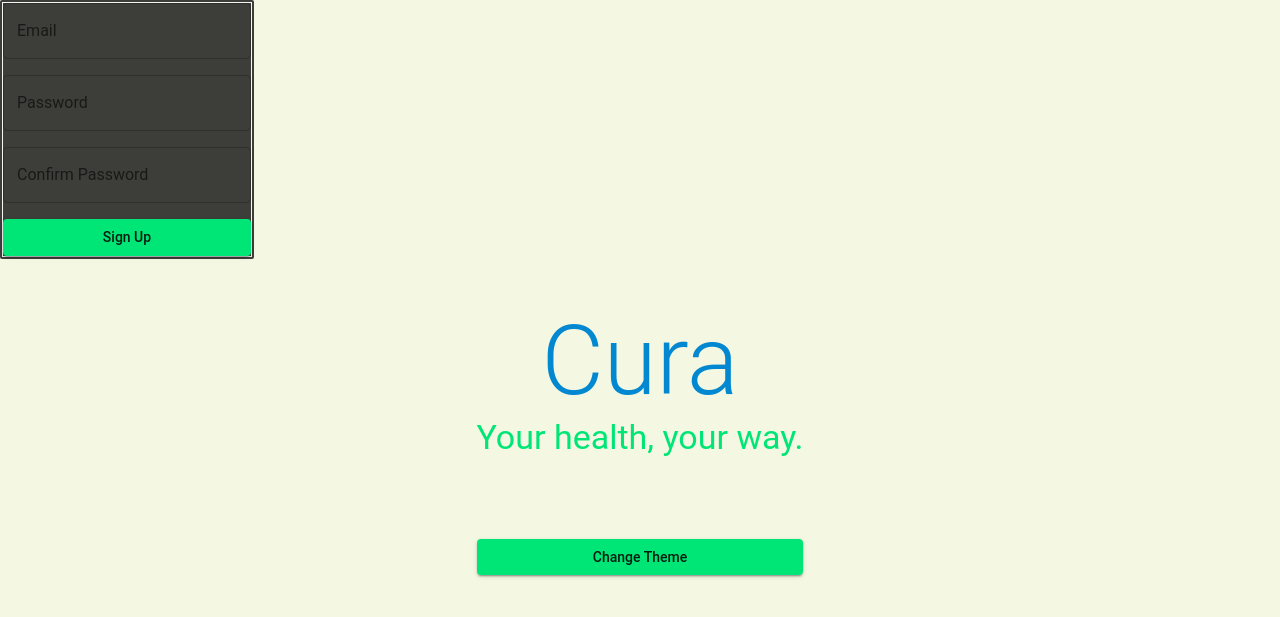
Repository: CryptoFamilyNFT/Cura
Page: / (app in cura/)
These files come from the project's save history. The page is drawn as it stood at one moment and after the next save; the edit follows.
The browser window is 1280 px wide. The pictures show the whole page.
Pictures or frames that could not be fetched are drawn as grey boxes. The project was rebuilt for these pictures with package versions that can differ from the ones it lists, and the page was loaded fresh each time. Also part of the build but not shown: cura/vite.config.js.

Above is the page before, as saved 2025-03-04 16:29:11.

### cura/src/main.jsx
import React from 'react'
import { createRoot } from 'react-dom/client'
import './index.css'
import App from './App.jsx'
import CuraThemeProvider from './theme/ThemeProvider.jsx';
import UserProvider from './helper/UserProvider.jsx';

const root = createRoot(document.getElementById('root'));

root.render(
  <UserProvider>
    <App />
  </UserProvider>
)

### cura/src/App.jsx
import { Hero } from './components/Hero/Hero';
import React, { useState } from 'react';
import CuraThemeProvider from './theme/ThemeProvider';
import { createAppTheme } from './theme/theme';
import { Box, Container } from '@mui/material';
import { SignUp } from './components/SignUp/SignUp';

function App() {
  const [currentTheme, setTheme] = useState(createAppTheme('light'));

  const handleThemeChange = () => {
    setTheme((prevTheme) =>
      createAppTheme(prevTheme.palette.mode === 'light' ? 'dark' : 'light')
    );

    console.log(currentTheme);
  }


  return (
    <CuraThemeProvider theme={currentTheme}>
      <Box sx={(theme) => ({
        background: theme.palette.mode === 'light' ? '#f4f7e1' : '#1e1e1e',
        height: '100vh',
        width: '100vw',
        display: 'flex',
        alignItems: 'center',
        justifyContent: 'center',
        flexDirection: 'column',
        gap: 10
      })}>
        <SignUp/>
        <Hero handleTheme={handleThemeChange} />
      </Box>
    </CuraThemeProvider>
  )
}

export default App;

### cura/src/theme/ThemeProvider.jsx
import { ThemeProvider } from "@mui/material";

export default function CuraThemeProvider({ children, theme }) {
    return (
        <ThemeProvider theme={theme}>
            {children}
        </ThemeProvider>
    );
}

### cura/src/helper/UserProvider.jsx
import React from "react";
import  UserContext  from "./UserContext";
import { UserHelper } from "./UserHelper";

const UserProvider = ({ children }) => {
    const [context, setContext] = React.useState({isLoad: true, reload: false, theme: 'light'});

    const saveContext = (context) => {
      setContext(context);
    };

    return <UserContext.Provider value={{context, saveContext}}>{children}</UserContext.Provider>;
  };

  export default UserProvider;

### cura/src/components/Hero/Hero.jsx
/* eslint-disable no-unused-vars */
import { Container, Typography, Box, Button } from "@mui/material";

export const Hero = ({ handleTheme }) => {
    return (

            <Box sx={{
                display: 'flex',
                flexDirection: 'column',
                justifyContent: 'center',
                g: 2
            }}>
                <Typography variant="h1" color="info" align="center">Cura</Typography>
                <Typography variant="h4" color="secondary" align="center">Your health, your way.</Typography>
                <Button sx={{mt: 10}} variant="contained" color="secondary" onClick={(e) => handleTheme(e)}>Change Theme</Button>
            </Box>
    );
}

### cura/src/theme/theme.jsx
/* eslint-disable no-undef */
/* eslint-disable no-unused-vars */
import { createTheme } from "@mui/material";
import { green, purple } from '@mui/material/colors';

const baseTheme = {
    palette: {
        primary: {
            main: purple[500],
            light: purple[300],
            dark: purple[700],
        },
        secondary: {
            main: green[500],
            light: green[300],
            dark: green[700],
        }
    },
    typography: {
        fontFamily: 'Roboto, sans-serif',
    },
    components: {
        MuiButton: {
            styleOverrides: {
                root: {
                    textTransform: 'none',
                },
            },
        },
    },
};

export const createAppTheme = (mode) => createTheme({
    ...baseTheme,
    palette: {
        ...baseTheme.palette,
        mode: mode,
        primary: mode === 'dark' ? green : purple,
        secondary: mode === 'dark' ? purple : green,
    },
});

### cura/src/components/SignUp/SignUp.jsx
import { Box, Button, FormControl, TextField } from "@mui/material"

export const SignUp = () => {
    return (
        <Box sx={{
            mt: 10,
            width: 300,
            backgroundImage: 'url(https://source.unsplash.com/random/800x600)',
            backgroundSize: 'cover',
            display: 'flex',
            justifyContent: 'center',
        }}>
            <div
            style={{
                position: 'absolute',
                top: 0,
                left: 0,
                width: 'auto',
                height: 'auto',
                backgroundColor: 'rgba(42, 41, 41, 0.9)',
                zIndex: 1,
                backdropFilter: 'blur(5px)',
                padding: 2,
                borderRadius: 2
            }}>
                <FormControl sx={{
                    gap: 2,
                    border: '1px solid whitesmoke',
                }}>
                    <TextField id="outlined-basic" label="Email" variant="outlined" />
                    <TextField id="outlined-basic" label="Password" variant="outlined" />
                    <TextField id="outlined-basic" label="Confirm Password" variant="outlined" />
                    <Button variant="contained" color="secondary">Sign Up</Button>
                </FormControl>
            </div>
        </Box>
    )
}

### cura/src/helper/UserHelper.jsx
/* eslint-disable no-unused-vars */

export class UserHelper {
    static user = {
        isConnected: false,
        data: null
    }

    static initUser(context) {
        // qui gestiamo l'inizializzazione dell'utente e salviamo i dati nel context
        const data = {
            name: 'Mario',
            surname: 'Rossi',
            email: 'mario@gmail.com'
        }
        context = { ...context, data: data };
    }
}

Loaded but not shown: cura/index.html (common file); cura/src/index.css (common file); cura/src/helper/UserContext.jsx (common file)

After the next save:
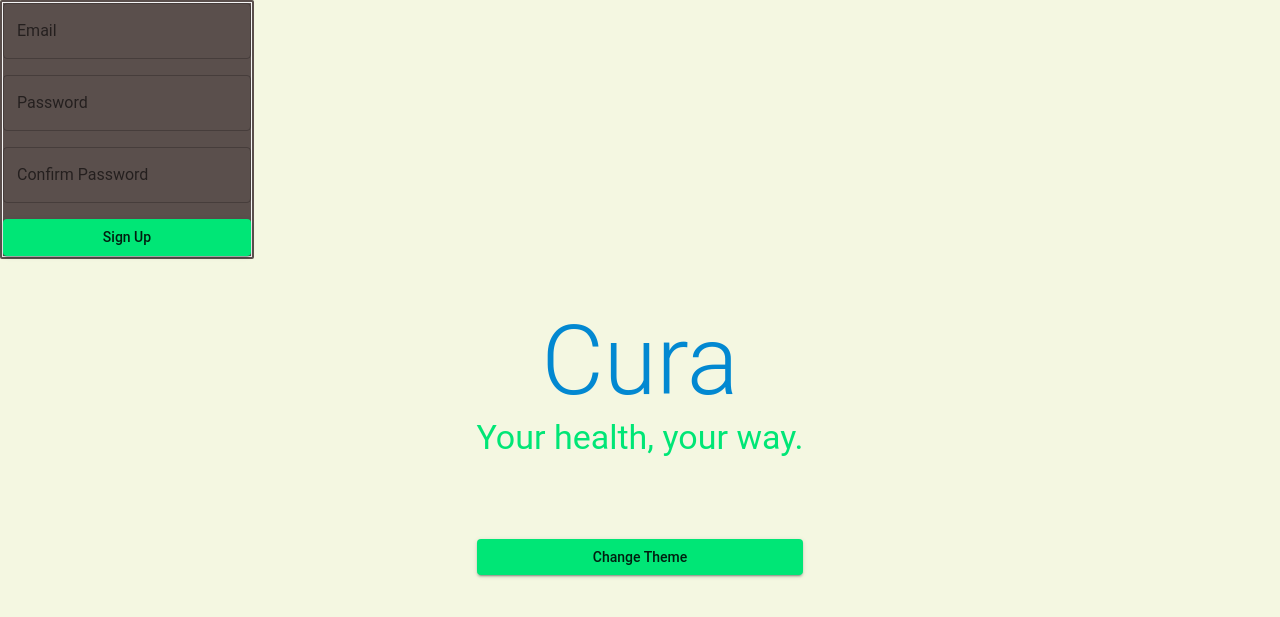
Saved 5 s later.
--- a/cura/src/components/SignUp/SignUp.jsx
+++ b/cura/src/components/SignUp/SignUp.jsx
@@ -17,7 +17,7 @@
                 left: 0,
                 width: 'auto',
                 height: 'auto',
-                backgroundColor: 'rgba(42, 41, 41, 0.9)',
+                backgroundColor: 'rgba(74, 60, 60, 0.9)',
                 zIndex: 1,
                 backdropFilter: 'blur(5px)',
                 padding: 2,
